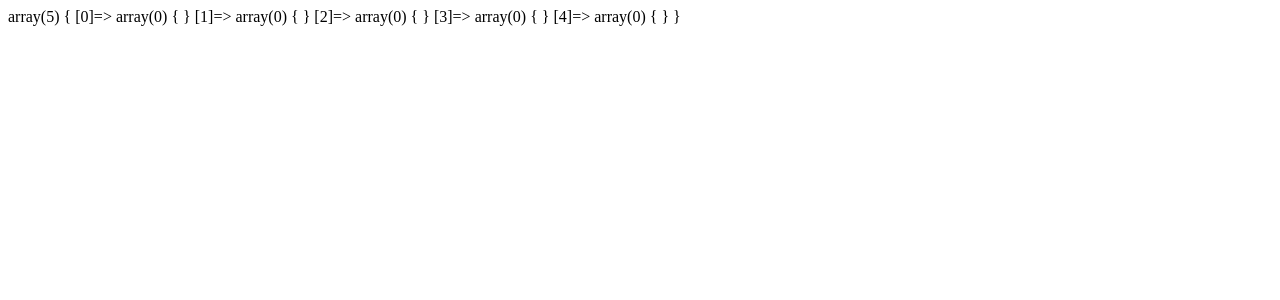
Repository: motiejus1/18-paskaita-PHP-05.31
Page: http://localhost/testavimas/dvimatismasyvas.php
The author's editor kept a copy of each file at every save. The page is drawn from the files as they stood at one save, then again after the next save.
The browser window is 1280 px wide. The pictures show the whole page.
The page is run by PHP 8.4 with error messages shown; the project is at /var/www/html/.

Above is the page before, as saved 2021-09-20 18:22:32.

### testavimas/dvimatismasyvas.php
<?php
// . Sukurti dvimatį masyvą, kuriame būtų informacija apie knygos kategoriją, bei knygos priklausančios kategorijai.
// Masyvo struktūrą sugalvoti patiems. Testavimui sukurti bent 5 kategorijas, kurios turi nuo 5 iki 15 knygų.



//

$knygos = [];


for($i=0; $i < 5; $i++) {

    // $kategorija = "Kategorija".$i;
    $kategorija = [];
    $atsitiktinis = rand(5,15);
    for($j=0;$j < $atsitiktinis; $j++) {

    }

    $knygos[$i] = $kategorija;

}

var_dump($knygos);


?>

After the next save:
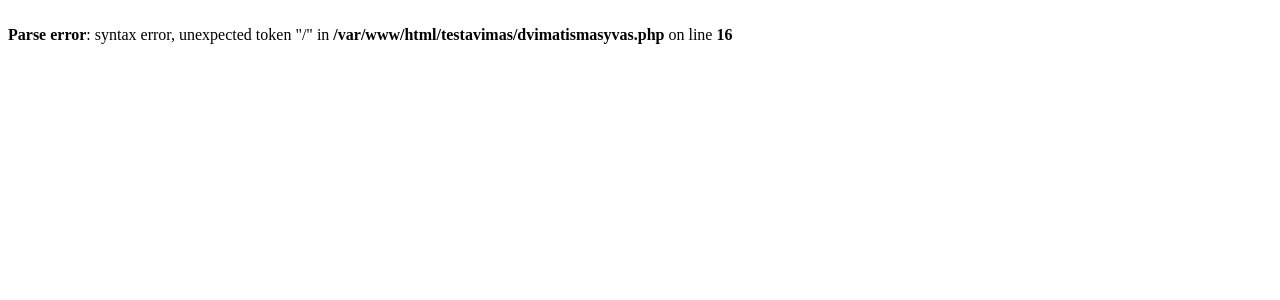
Saved 4 s later.
--- a/testavimas/dvimatismasyvas.php
+++ b/testavimas/dvimatismasyvas.php
@@ -13,7 +13,7 @@
 
     // $kategorija = "Kategorija".$i;
     $kategorija = [];
-    $atsitiktinis = rand(5,15);
+    $atsitiktinis = rand(5,15);/
     for($j=0;$j < $atsitiktinis; $j++) {
 
     }

After the save that followed:
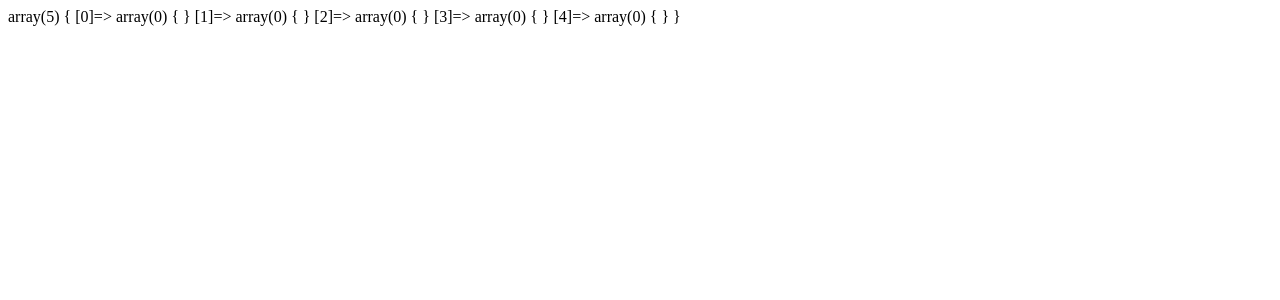
Saved 16 s later.
--- a/testavimas/dvimatismasyvas.php
+++ b/testavimas/dvimatismasyvas.php
@@ -13,7 +13,7 @@
 
     // $kategorija = "Kategorija".$i;
     $kategorija = [];
-    $atsitiktinis = rand(5,15);/
+    $atsitiktinis = rand(5,15);
     for($j=0;$j < $atsitiktinis; $j++) {
 
     }
